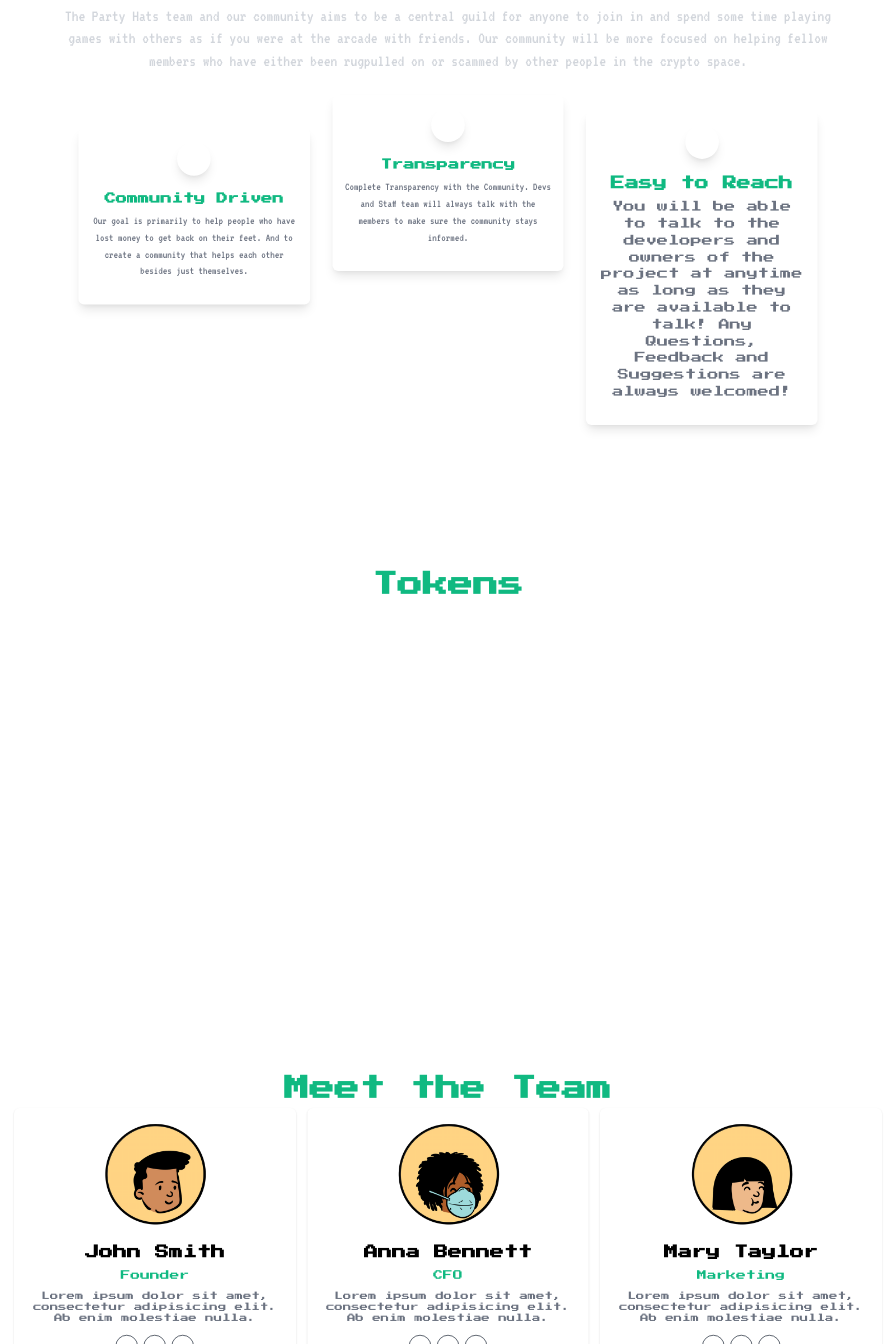
Repository: rhinorphan/phat-landing-page
Page: /
An editor plug-in stored every save of this project. The page is shown before and after the next save, followed by the edit.
The browser window is 1280 px wide. The pictures show the part of the page from y = 1410 to 3330 px (the page is 4328 px tall before and 4324 px after), at 70% of full size.
The project was rebuilt for these pictures with package versions that can differ from the ones it lists, and the page was loaded fresh each time. Also part of the build but not shown: craco.config.js.

Above is the page before, as saved 2021-11-17 23:08:13.

### public/index.html
<!DOCTYPE html>
<html lang="en">
  <head>
    <meta charset="utf-8" />
    <link rel="icon" href="%PUBLIC_URL%/assets/images/server_icon.png" />
    <meta name="PHAT" content="width=device-width, initial-scale=1" />
    <meta name="theme-color" content="#000000" />
    <meta
      name="description"
      content="PHAT Landing Page"
    />
    <link rel="apple-touch-icon" href="%PUBLIC_URL%/assets/images/server_icon.png" />
    <!--
      manifest.json provides metadata used when your web app is installed on a
      user's mobile device or desktop. See https://developers.google.com/web/fundamentals/web-app-manifest/
    -->
    <link rel="manifest" href="%PUBLIC_URL%/manifest.json" />
    <!--
      Notice the use of %PUBLIC_URL% in the tags above.
      It will be replaced with the URL of the `public` folder during the build.
      Only files inside the `public` folder can be referenced from the HTML.

      Unlike "/favicon.ico" or "favicon.ico", "%PUBLIC_URL%/favicon.ico" will
      work correctly both with client-side routing and a non-root public URL.
      Learn how to configure a non-root public URL by running `npm run build`.
    -->
    <title>Party Hats</title>
  </head>
  <body>
    <noscript>You need to enable JavaScript to run this app.</noscript>
    <div id="root"></div>
    <!--
      This HTML file is a template.
      If you open it directly in the browser, you will see an empty page.

      You can add webfonts, meta tags, or analytics to this file.
      The build step will place the bundled scripts into the <body> tag.

      To begin the development, run `npm start` or `yarn start`.
      To create a production bundle, use `npm run build` or `yarn build`.
    -->
  </body>
</html>

### src/App.js
import logo from './logo.svg';
import './App.css';
import Header from './components/Header';
import Contact from './components/Contact';
import Landing from './components/Landing';
import Community from './components/Community';
import Tokens from './components/Tokens';
import About from './components/About';
import Footer from './components/Footer';

function App() {
  return (
    <div className="app">
        <Header />
        <div className="app__body">
          <Landing />
          <Community />
          <Tokens />
          <About />
          <Contact />
        </div>
        <Footer />
    </div>
  );
}

export default App;

### src/App.css
@import url('https://fonts.googleapis.com/css2?family=VT323&display=swap');
@import url('https://fonts.googleapis.com/css2?family=Press+Start+2P&family=VT323&display=swap');

.app {
  font-family: 'Press Start 2P', cursive;
}

.normalText {
  font-family: 'VT323', monospace;
}

.active {
  @apply py-4 px-2 text-green-500 border-b-4 border-green-500 font-semibold
}

.active2 {
  @apply block text-sm px-2 py-4 text-white bg-green-500 font-semibold
}

.nobull {
  list-style-type: none;
}

### src/components/Header.js
import React from 'react';
import { Link, animateScroll as scroll } from "react-scroll";

function Header() {

  const handleSubmit = (e) => {
    e.preventDefault();

		const menu = document.querySelector(".mobile-menu");

		menu.classList.toggle("hidden");
  }
  const scrollToTop = (e) => {
    scroll.scrollToTop();
  };

  return (
    <nav class="bg-white shadow-lg sticky top-0">
			<div class="max-w-6xl mx-auto px-4">
				<div class="flex justify-between">
					<div class="flex space-x-7">
						<div>
							<a href="" class="flex items-center py-4 px-2">
								<img src={`${process.env.PUBLIC_URL}/assets/images/server_icon.png`} alt="Logo" class="inline object-cover w-12 h-12 mr-4 rounded-full"/>
								<span onClick={scrollToTop}class="font-semibold text-gray-500 text-lg">Party Hats</span>
							</a>
						</div>
						<div class="hidden md:flex items-center space-x-1 nobull">
              <li><Link activeClass="active" className="py-4 px-2 text-gray-500 font-semibold hover:text-green-500 transition duration-300 cursor-pointer"
              to="landing" spy={true} smooth={true} duration={500}>Home</Link></li>
							<li><Link activeClass="active" className="py-4 px-2 text-gray-500 font-semibold hover:text-green-500 transition duration-300 cursor-pointer"
              to="community" spy={true} smooth={true} duration={500}>Community</Link></li>
              <li><Link activeClass="active" className="py-4 px-2 text-gray-500 font-semibold hover:text-green-500 transition duration-300 cursor-pointer"
              to="token" spy={true} smooth={true} duration={500}>Tokens</Link></li>
							<li><Link activeClass="active" className="py-4 px-2 text-gray-500 font-semibold hover:text-green-500 transition duration-300 cursor-pointer"
              to="about" spy={true} smooth={true} duration={500}>About</Link></li>
							<li><Link activeClass="active" className="py-4 px-2 text-gray-500 font-semibold hover:text-green-500 transition duration-300 cursor-pointer"
              to="contact" spy={true} smooth={true} duration={500}>Contact</Link></li>
						</div>
					</div>
					<div class="hidden md:flex items-center space-x-3 ">
						<a target="_blank" rel="noopener noreferrer" href="https://tetr.io/" class="py-2 px-8 font-medium text-white bg-green-500 hover:bg-green-400 transition duration-300 rounded-full">Play</a>
					</div>
					<div class="md:hidden flex items-center">
						<button class="outline-none mobile-menu-button" onClick={handleSubmit}>
						<svg class=" w-6 h-6 text-gray-500 hover:text-green-500 "
							x-show="!showMenu"
							fill="none"
							stroke-linecap="round"
							stroke-linejoin="round"
							stroke-width="2"
							viewBox="0 0 24 24"
							stroke="currentColor"
						>
							<path d="M4 6h16M4 12h16M4 18h16"></path>
						</svg>
					</button>
					</div>
				</div>
			</div>
			<div class="hidden mobile-menu">
				<ul class="">
					<li><Link activeClass="active2" className="block text-sm px-2 py-4 hover:bg-green-500 transition duration-300 hover:text-white cursor-pointer"
              to="landing" spy={true} smooth={true} duration={500}>Home</Link></li>
					<li><Link activeClass="active2" className="block text-sm px-2 py-4 hover:bg-green-500 transition duration-300 hover:text-white cursor-pointer"
              to="community" spy={true} smooth={true} duration={500}>Community</Link></li>
          <li><Link activeClass="active2" className="block text-sm px-2 py-4 hover:bg-green-500 transition duration-300 hover:text-white cursor-pointer"
              to="token" spy={true} smooth={true} duration={500}>Tokens</Link></li>
					<li><Link activeClass="active2" className="block text-sm px-2 py-4 hover:bg-green-500 transition duration-300 hover:text-white cursor-pointer"
              to="about" spy={true} smooth={true} duration={500}>About</Link></li>
					<li><Link activeClass="active2" className="block text-sm px-2 py-4 hover:bg-green-500 transition duration-300 hover:text-white cursor-pointer"
              to="contact" spy={true} smooth={true} duration={500}>Contact</Link></li>
				</ul>
			</div>
		</nav>
  )
}

export default Header

### src/components/Contact.js
import React from 'react'
import { Link, animateScroll as scroll } from "react-scroll";

function Contact() {

  return (
    <section
      className="text-gray-700 body-font h-100" name="contact">
        <div className="container px-5 py-24 mx-auto">
          <div className="flex flex-col text-center w-full mb-12">
            <h1 className="flex text-4xl  font-bold mb-8 text-green-500 justify-center">
              Contact Us
            </h1>
            <p className="lg:w-2/3 mx-auto leading-relaxed text-base">
            Neque porro quisquam est qui dolorem ipsum quia dolor sit amet, consectetur, adipisci velit.
            </p>
          </div>
          <div className="lg:w-1/2 md:w-2/3 mx-auto">
            <div className="flex flex-wrap -m-2">
              <div className="p-2 w-1/2">
                <div className="">
                  <label for="name" className="leading-7 text-sm text-gray-600">
                    Name
                  </label>
                  <input
                    type="text"
                    id="name"
                    name="name"
                    className="w-full bg-gray-100 rounded border border-gray-300 focus:border-green-500 text-base outline-none text-gray-700 py-1 px-3 leading-8 transition-colors duration-200 ease-in-out"
                  />
                </div>
              </div>
              <div className="p-2 w-1/2">
                <div className="">
                  <label
                    for="email"
                    className="leading-7 text-sm text-gray-600"
                  >
                    Email
                  </label>
                  <input
                    type="email"
                    id="email"
                    name="email"
                    className="w-full bg-gray-100 rounded border border-gray-300 focus:border-green-500 text-base outline-none text-gray-700 py-1 px-3 leading-8 transition-colors duration-200 ease-in-out"
                  />
                </div>
              </div>
              <div className="p-2 w-full">
                <div className="">
                  <label
                    for="message"
                    className="leading-7 text-sm text-gray-600"
                  >
                    Message
                  </label>
                  <textarea
                    id="message"
                    name="message"
                    className="w-full bg-gray-100 rounded border border-gray-300 focus:border-green-500 h-32 text-base outline-none text-gray-700 py-1 px-3 resize-none leading-6 transition-colors duration-200 ease-in-out"
                  ></textarea>
                </div>
              </div>
              <div className="p-2 w-full">
                <button className="flex mx-auto py-2 px-8 font-medium text-white bg-green-500 rounded hover:bg-green-400 transition duration-300">
                  Send
                </button>
              </div>
            </div>
          </div>
        </div>
      </section>
  )
}

export default Contact

### src/components/Landing.js
import React from 'react'
import { Link, animateScroll as scroll } from "react-scroll";

function Landing() {
  return (
    <section className="grid md:flex place-items-center h-screen py-10 px-4" name="landing">
      <div class="mx-16">
        <h2 class="text-4xl  font-bold mb-2 text-green-500">
          Community Arcade Cabinet
        </h2>
        <h3 class="text-2xl mb-2 text-gray-300">
        With your beloved games.
        </h3>
        <h3 class="text-2xl mb-8 text-green-500">
        Join the revolution!
        </h3>

        <button class="m-2 bg-white font-bold rounded-full py-4 px-8 shadow-lg uppercase tracking-wider text-green-500 hover:bg-green-400 transition duration-300 hover:text-white">
          <a target="_blank" rel="noopener noreferrer" href="https://lionell-moore.gitbook.io/crypto-party-hats/introductions/what-is-party-hats">Whitepaper</a>
        </button>
        <button class="m-2 bg-white font-bold rounded-full py-4 px-8 shadow-lg uppercase tracking-wider text-green-500 hover:bg-green-400 transition duration-300 hover:text-white">
          <a target="_blank" rel="noopener noreferrer" href="#"><Link activeClass="active"
              to="community" spy={true} smooth={true} duration={500}>Learn More</Link></a>
        </button>
      </div>
      <div className="w-full">
        <img src={`${process.env.PUBLIC_URL}/assets/images/landing.png`} alt="" className="h-full w-full"/>
      </div>
    </section>
  )
}

export default Landing

### src/components/Community.js
import React from 'react'

function Community() {
  return (
    <section className="grid md:grid place-items-center h-100 py-10 px-4" name="community">
      <div className="w-min-50">
        <img src={`${process.env.PUBLIC_URL}/assets/images/collab.png`} alt=""/>
      </div>
      <div class="mx-16 w-50">
        <h2 class="flex text-4xl  font-bold mb-2 text-green-500 justify-center">
        Party Hats?
        </h2>
        <h3 class="flex text-2xl mb-2 text-gray-300 text-center normalText">
        The Party Hats team and our community aims to be a central guild for anyone to join in and spend some time playing games with others as if you were at the arcade with friends. Our community will be more focused on helping fellow members who have either been rugpulled on or scammed by other people in the crypto space.
        </h3>
        <section class="pb-10 bg-blueGray-200 mt-8">
        <div class="container mx-auto px-4">
          <div class="flex flex-wrap">
            <div class="lg:pt-12 pt-6 w-full md:w-4/12 px-4 text-center">
              <div class="flex flex-col min-w-0 break-words bg-white w-full mb-8 shadow-lg rounded-lg">
                <div class="px-4 py-5 flex-auto">
                  <div class="text-white p-3 text-center inline-flex items-center justify-center w-12 h-12 mb-5 shadow-lg rounded-full">
                    <i class="fas fa-award"></i>
                  </div>
                  <h6 class="text-l font-semibold text-green-500">Community Driven</h6>
                  <p class="mt-2 mb-4 text-gray-500 normalText">
                  Our goal is primarily to help people who have lost money to get back on their feet. And to create a community that helps each other besides just themselves.
                  </p>
                </div>
              </div>
            </div>
            <div class="w-full md:w-4/12 px-4 text-center">
              <div class="flex flex-col min-w-0 break-words bg-white w-full mb-8 shadow-lg rounded-lg">
                <div class="px-4 py-5 flex-auto">
                  <div class="text-white p-3 text-center inline-flex items-center justify-center w-12 h-12 mb-5 shadow-lg rounded-full bg-lightBlue-400">
                    <i class="fas fa-retweet"></i>
                  </div>
                  <h6 class="text-l font-semibold text-green-500">Transparency</h6>
                  <p class="mt-2 mb-4 text-gray-500 normalText">
                  Complete Transparency with the Community.
                  Devs and Staff team will always talk with the members to make sure the community stays informed.
                  </p>
                </div>
              </div>
            </div>
            <div class="pt-6 w-full md:w-4/12 px-4 text-center">
              <div class="flex flex-col min-w-0 break-words bg-white w-full mb-8 shadow-lg rounded-lg">
                <div class="px-4 py-5 flex-auto">
                  <div class="text-white p-3 text-center inline-flex items-center justify-center w-12 h-12 mb-5 shadow-lg rounded-full bg-emerald-400">
                    <i class="fas fa-fingerprint"></i>
                  </div>
                  <h6 class="text-xl font-semibold text-green-500">Easy to Reach</h6>
                  <p class="mt-2 mb-4 text-gray-500">
                  You will be able to talk to the developers and owners of the project at anytime as long as they are available to talk! Any Questions, Feedback and Suggestions are always welcomed!
                  </p>
                </div>
              </div>
            </div>
          </div>
        </div>
        </section>
      </div>
    </section>
  )
}

export default Community

### src/components/Tokens.js
import React from 'react'

function Tokens() {
  return (
    <section name="token" className="h-screen container px-5 py-24 mx-auto flex justify-center">
      <p className="flex text-4xl  font-bold mb-2 text-green-500 justify-center">Tokens</p>
    </section>
  )
}

export default Tokens

### src/components/About.js
import React from 'react'

// shadow-lg border border-gray-200 rounded-full overflow-hidden - picture TEAM div className

function About() {
  return (
    <section name="about" className="h-100 container px-5 py-24 mx-auto flex-col">
      <div>
        <p className="flex text-4xl  font-bold mb-2 text-green-500 justify-center">Meet the Team</p>
      </div>
      <div class="flex flex-col sm:flex-row gap-4">

			<div class="flex flex-col items-center justify-center bg-white p-4 shadow rounded-lg">
				<div class="inline-flex h-40 w-40">
					<img src={`${process.env.PUBLIC_URL}/assets/images/team1.png`}
						 alt=""
						 class="h-full w-full"/>
				</div>

				<h2 class="mt-4 font-bold text-xl">John Smith</h2>
				<h6 class="mt-2 text-sm font-medium text-green-500">Founder</h6>

				<p class="text-xs text-gray-500 text-center mt-3">
					Lorem ipsum dolor sit amet, consectetur adipisicing elit. Ab enim molestiae nulla.
				</p>

				<ul class="flex flex-row mt-4 space-x-2">
					<li>
						<a href="" class="flex items-center justify-center h-8 w-8 border rounded-full text-gray-800 border-gray-800">
							<i class="fab fa-facebook"></i>
						</a>
					</li>
					<li>
						<a href="" class="flex items-center justify-center h-8 w-8 border rounded-full text-gray-800 border-gray-800">
							<i class="fab fa-twitter"></i>
						</a>
					</li>
					<li>
						<a href="" class="flex items-center justify-center h-8 w-8 border rounded-full text-gray-800 border-gray-800">
							<i class="fab fa-instagram"></i>
						</a>
					</li>
				</ul>
			</div>

			<div class="flex flex-col items-center justify-center bg-white p-4 shadow rounded-lg">
				<div class="inline-flex h-40 w-40">
					<img src={`${process.env.PUBLIC_URL}/assets/images/team2.png`}
						 alt=""
						 class="h-full w-full"/>
				</div>

				<h2 class="mt-4 font-bold text-xl">Anna Bennett</h2>
				<h6 class="mt-2 text-sm font-medium text-green-500">CFO</h6>

				<p class="text-xs text-gray-500 text-center mt-3">
					Lorem ipsum dolor sit amet, consectetur adipisicing elit. Ab enim molestiae nulla.
				</p>

				<ul class="flex flex-row mt-4 space-x-2">
					<li>
						<a href="" class="flex items-center justify-center h-8 w-8 border rounded-full text-gray-800 border-gray-800">
							<i class="fab fa-facebook"></i>
						</a>
					</li>
					<li>
						<a href="" class="flex items-center justify-center h-8 w-8 border rounded-full text-gray-800 border-gray-800">
							<i class="fab fa-twitter"></i>
						</a>
					</li>
					<li>
						<a href="" class="flex items-center justify-center h-8 w-8 border rounded-full text-gray-800 border-gray-800">
							<i class="fab fa-instagram"></i>
						</a>
					</li>
				</ul>
			</div>

			<div class="flex flex-col items-center justify-center bg-white p-4 shadow rounded-lg">
				<div class="inline-flex h-40 w-40">
					<img src={`${process.env.PUBLIC_URL}/assets/images/team3.png`}
						 alt=""
						 class="h-full w-full"/>
				</div>

				<h2 class="mt-4 font-bold text-xl">Mary Taylor</h2>
				<h6 class="mt-2 text-sm font-medium text-green-500">Marketing</h6>

				<p class="text-xs text-gray-500 text-center mt-3">
					Lorem ipsum dolor sit amet, consectetur adipisicing elit. Ab enim molestiae nulla.
				</p>

				<ul class="flex flex-row mt-4 space-x-2">
					<li>
						<a href="" class="flex items-center justify-center h-8 w-8 border rounded-full text-gray-800 border-gray-800">
							<i class="fab fa-facebook"></i>
						</a>
					</li>
					<li>
						<a href="" class="flex items-center justify-center h-8 w-8 border rounded-full text-gray-800 border-gray-800">
							<i class="fab fa-twitter"></i>
						</a>
					</li>
					<li>
						<a href="" class="flex items-center justify-center h-8 w-8 border rounded-full text-gray-800 border-gray-800">
							<i class="fab fa-instagram"></i>
						</a>
					</li>
				</ul>
			</div>

		</div>

    </section>
  )
}

export default About

### src/components/Footer.js
import React from 'react'

function Footer() {
  return (
    <div className="p-2 w-full pt-8 mt-8 border-t border-gray-200 text-center">
      <a className="text-green-500">example@email.com</a>
      <p className="text-xs my-5 text-gray-400">
      Copyright © CryptoPartyHats 2021
      </p>
      <div className="flex flex-row justify-center">
        <img src={`${process.env.PUBLIC_URL}/assets/images/tg.png`} alt="" className="h-12 w-12 mx-2"/>
        <img src={`${process.env.PUBLIC_URL}/assets/images/reddit.png`} alt="" className="h-12 w-12 mx-2"/>
        <img src={`${process.env.PUBLIC_URL}/assets/images/twitter.png`} alt="" className="h-12 w-12 mx-2"/>
        <img src={`${process.env.PUBLIC_URL}/assets/images/discord.png`} alt="" className="h-12 w-12 mx-2"/>
      </div>
    </div>
  )
}

export default Footer

Loaded but not shown: src/index.js (common file); src/index.css (common file); src/reportWebVitals.js (common file); tailwind.config.js (common file)

After the next save:
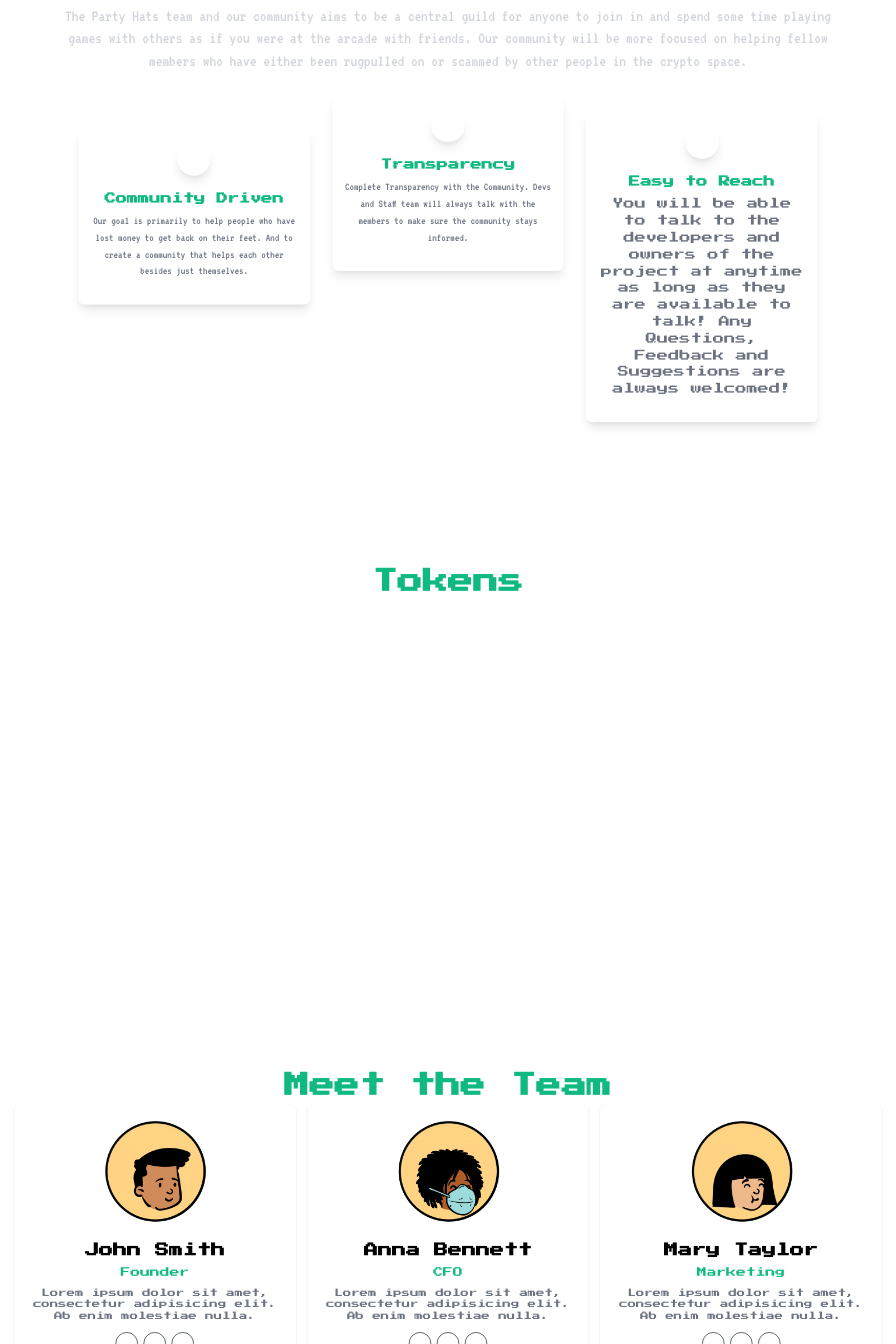
Saved 8 s later.
--- a/src/components/Community.js
+++ b/src/components/Community.js
@@ -49,7 +49,7 @@ function Community() {
                   <div class="text-white p-3 text-center inline-flex items-center justify-center w-12 h-12 mb-5 shadow-lg rounded-full bg-emerald-400">
                     <i class="fas fa-fingerprint"></i>
                   </div>
-                  <h6 class="text-xl font-semibold text-green-500">Easy to Reach</h6>
+                  <h6 class="text-l font-semibold text-green-500">Easy to Reach</h6>
                   <p class="mt-2 mb-4 text-gray-500">
                   You will be able to talk to the developers and owners of the project at anytime as long as they are available to talk! Any Questions, Feedback and Suggestions are always welcomed!
                   </p>
